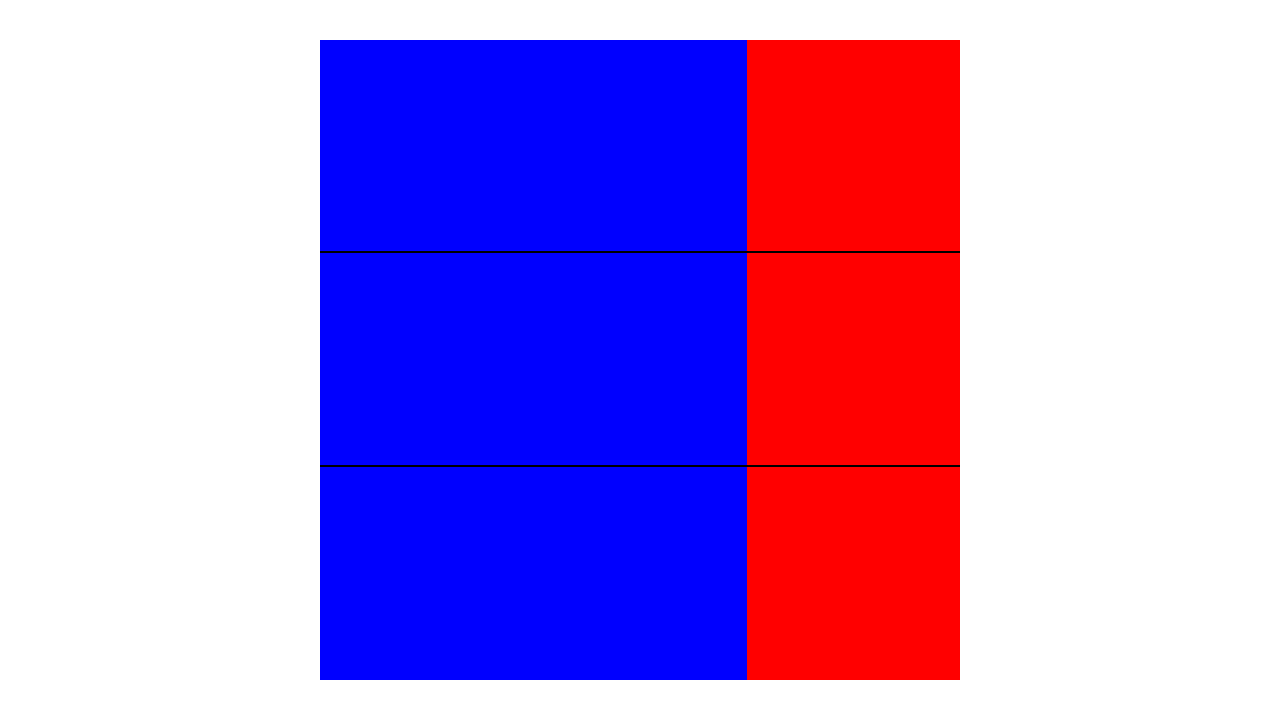
Repository: baumanmilosz/tictactoe
Page: index.html
An editor plug-in stored every save of this project. The page is shown before and after a run of saves, followed by the edit.
The browser window is 1280 px wide. The pictures show the whole page.

Above is the page before, as saved 2019-02-21 16:45:27.

After the next 3 saves:
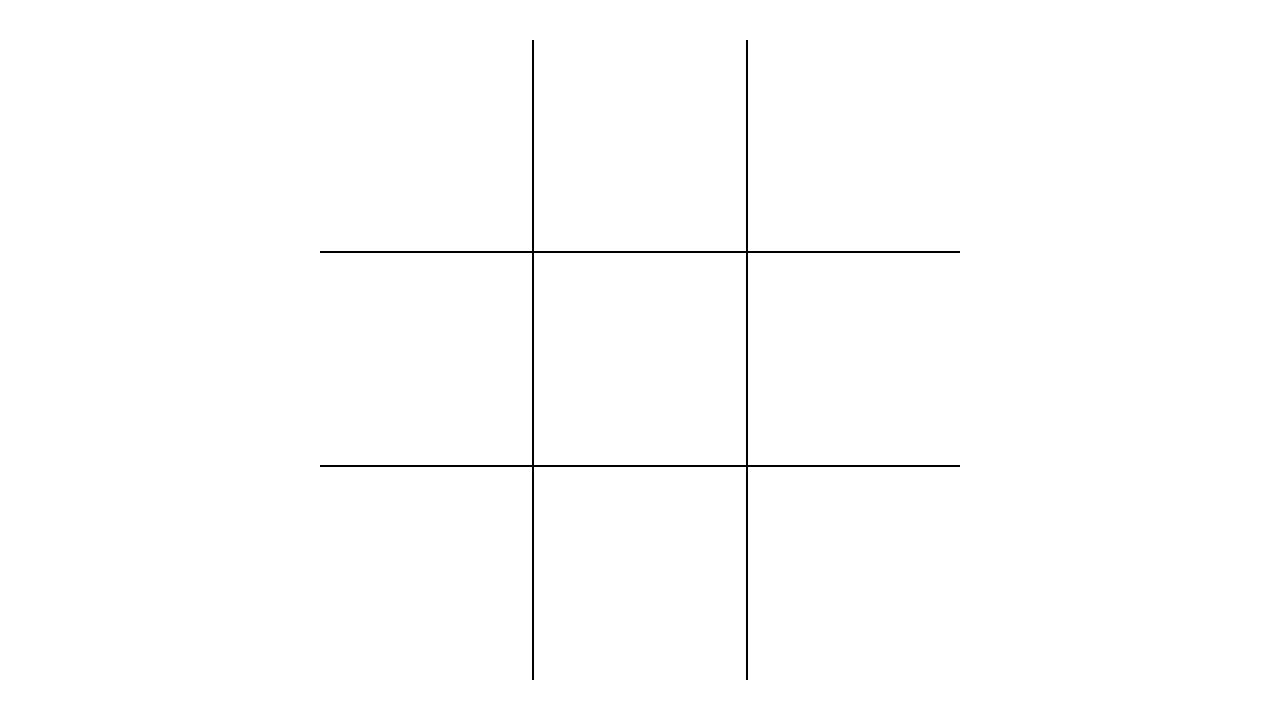
The 3 saves are shown as one change because they came seconds apart.
The last was saved 21 s later.
--- a/style.css
+++ b/style.css
@@ -24,7 +24,7 @@
   transform: translate(-50%, -50%);
   width: 50vw;
   height: 50vw;
-  background-color: red;
+  /* background-color: red; */
 }
 
 .row {
@@ -44,7 +44,7 @@
 }
 
 .row > .box:nth-child(1), .row > .box:nth-child(2) {
-  background-color: blue;
+  border-right: 2px solid black;
 }
 
 .box.cross:before{
